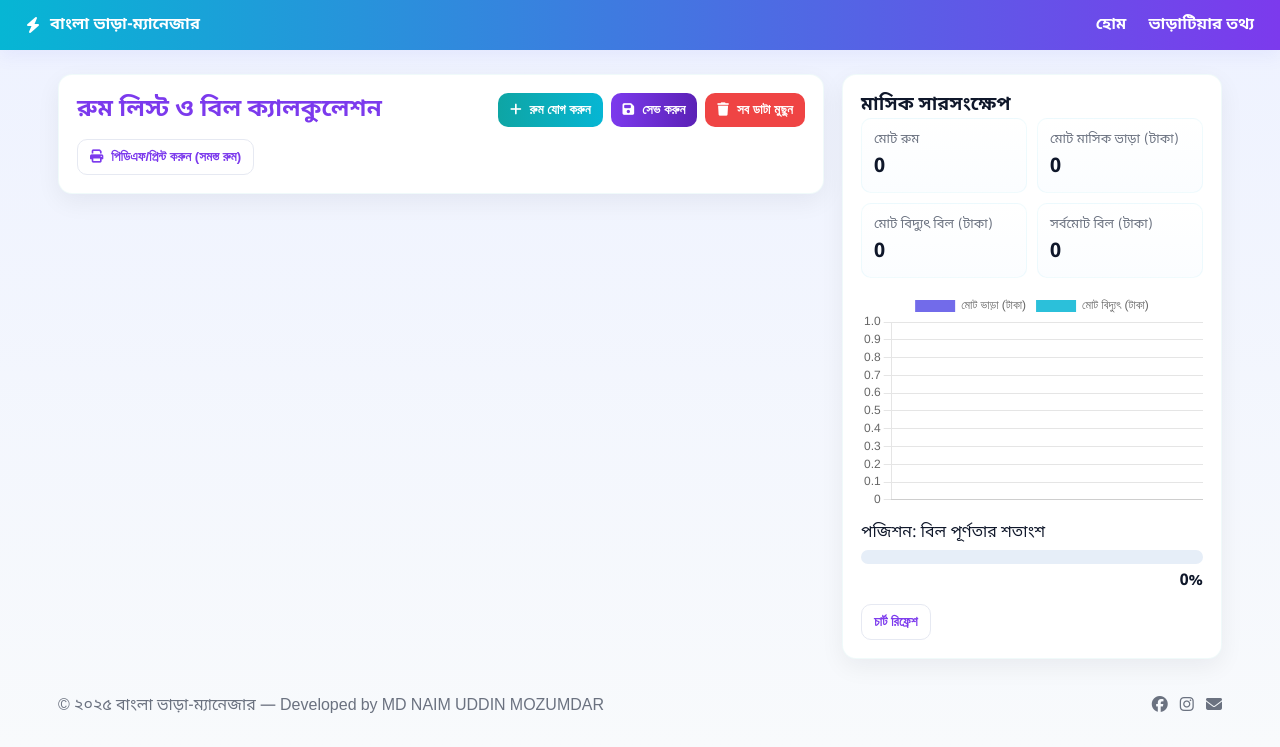
Repository: naimuddin1190/HomeRent-Management-System
Page: index.html
These files come from the project's save history. The page is drawn as it stood at one moment and after a run of saves; the edit follows.
The browser window is 1280 px wide. The pictures show the whole page.

Above is the page before, as saved 2025-11-04 21:01:30.

After the next 3 saves:
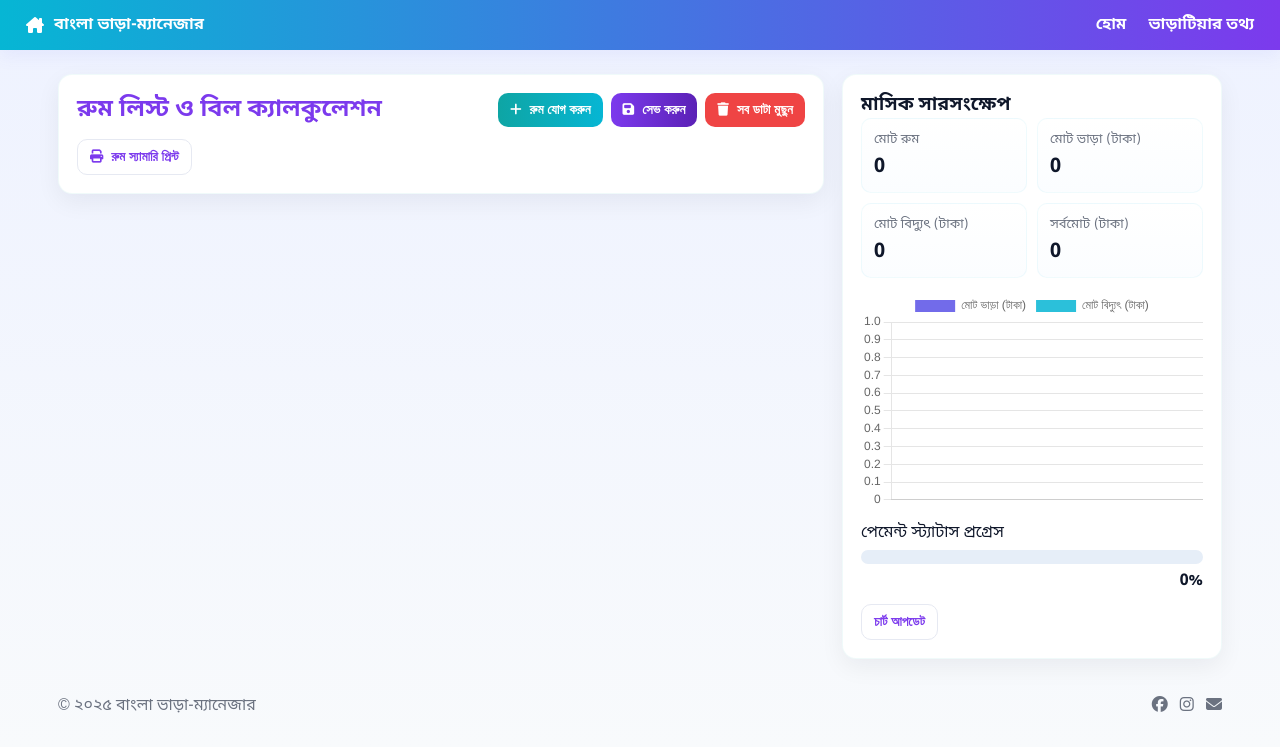
The 3 saves are shown as one change because they came seconds apart.
The last was saved 12 min 51 s later.
--- a/index.html
+++ b/index.html
@@ -3,20 +3,20 @@
 <head>
   <meta charset="utf-8" />
   <meta name="viewport" content="width=device-width, initial-scale=1" />
-  <title>বাংলা ভাড়া ও বিদ্যুৎ ম্যানেজার</title>
+  <title>বাংলা ভাড়া-ম্যানেজার | হোম</title>
 
   <!-- স্টাইলশীট -->
-  <link rel="stylesheet" href="style.css">
+  <link rel="stylesheet" href="css/style.css">
 
   <!-- Font Awesome (icons) -->
   <link rel="stylesheet" href="https://cdnjs.cloudflare.com/ajax/libs/font-awesome/6.5.0/css/all.min.css">
 
-  <!-- Chart.js for progress chart -->
+  <!-- Chart.js -->
   <script src="https://cdn.jsdelivr.net/npm/chart.js"></script>
 </head>
 <body>
   <header class="navbar">
-    <div class="brand"><i class="fa-solid fa-bolt"></i> বাংলা ভাড়া-ম্যানেজার</div>
+    <div class="brand"><i class="fa-solid fa-house-chimney"></i> বাংলা ভাড়া-ম্যানেজার</div>
     <nav class="navlinks">
       <a href="index.html">হোম</a>
       <a href="tenant.html">ভাড়াটিয়ার তথ্য</a>
@@ -24,7 +24,7 @@
   </header>
 
   <main class="dashboard">
-    <!-- Left column: room cards -->
+    <!-- LEFT: Rooms -->
     <section class="left-col">
       <div class="panel">
         <div class="panel-head">
@@ -36,17 +36,15 @@
           </div>
         </div>
 
-        <div id="roomContainer" class="room-container">
-          <!-- রুম কার্ডস এখানে যোগ হবে -->
-        </div>
+        <div id="roomContainer" class="room-container"></div>
 
         <div class="bottom-actions">
-          <button id="printSummaryBtn" class="btn outline"><i class="fa-solid fa-print"></i> পিডিএফ/প্রিন্ট করুন (সমস্ত রুম)</button>
+          <button id="printSummaryBtn" class="btn outline"><i class="fa-solid fa-print"></i> রুম স্যামারি প্রিন্ট</button>
         </div>
       </div>
     </section>
 
-    <!-- Right column: Progress + summary -->
+    <!-- RIGHT: Summary & Chart -->
     <aside class="right-col">
       <div class="panel">
         <h3>মাসিক সারসংক্ষেপ</h3>
@@ -56,15 +54,15 @@
             <div id="totalRooms" class="value">0</div>
           </div>
           <div class="summary-card">
-            <div class="title">মোট মাসিক ভাড়া (টাকা)</div>
+            <div class="title">মোট ভাড়া (টাকা)</div>
             <div id="totalRent" class="value">0</div>
           </div>
           <div class="summary-card">
-            <div class="title">মোট বিদ্যুৎ বিল (টাকা)</div>
+            <div class="title">মোট বিদ্যুৎ (টাকা)</div>
             <div id="totalElec" class="value">0</div>
           </div>
           <div class="summary-card">
-            <div class="title">সর্বমোট বিল (টাকা)</div>
+            <div class="title">সর্বমোট (টাকা)</div>
             <div id="grandTotal" class="value">0</div>
           </div>
         </div>
@@ -74,20 +72,20 @@
         </div>
 
         <div class="progress-bar-wrap">
-          <div class="progress-label">পজিশন: বিল পূর্ণতার শতাংশ</div>
+          <div class="progress-label">পেমেন্ট স্ট্যাটাস প্রগ্রেস</div>
           <div class="progress-track"><div id="progressFill" class="progress-fill"></div></div>
           <div id="progressPercent" class="progress-percent">0%</div>
         </div>
 
         <div style="margin-top:12px">
-          <button id="refreshChartBtn" class="btn outline">চার্ট রিফ্রেশ</button>
+          <button id="refreshChartBtn" class="btn outline">চার্ট আপডেট</button>
         </div>
       </div>
     </aside>
   </main>
 
   <footer class="site-footer">
-    <div>© ২০২৫ বাংলা ভাড়া-ম্যানেজার — Developed by MD NAIM UDDIN MOZUMDAR</div>
+    <div>© ২০২৫ বাংলা ভাড়া-ম্যানেজার</div>
     <div class="socials">
       <a href="#"><i class="fab fa-facebook"></i></a>
       <a href="#"><i class="fab fa-instagram"></i></a>
@@ -95,7 +93,6 @@
     </div>
   </footer>
 
-  <!-- Main script -->
   <script src="main.js"></script>
 </body>
 </html>
